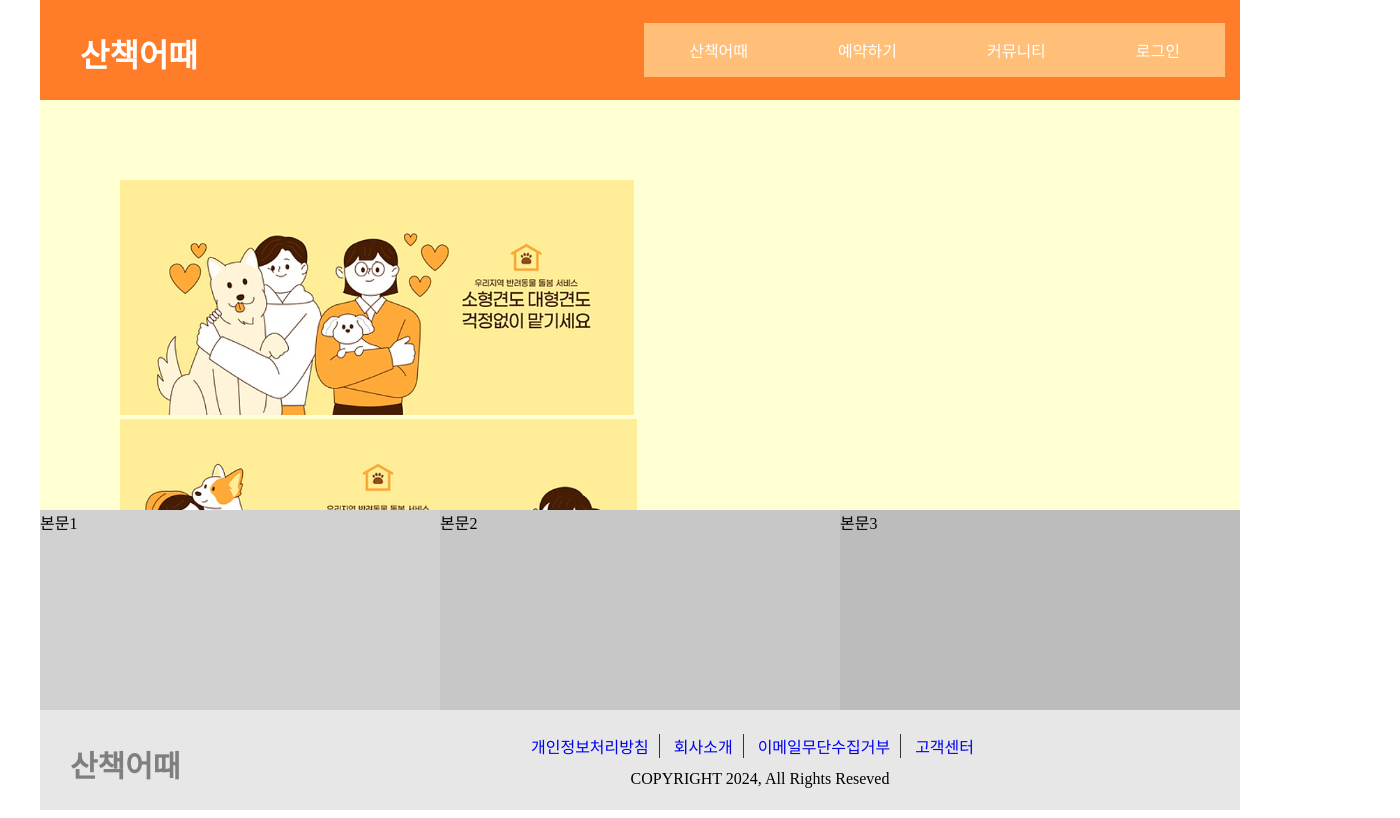
Repository: to-flatwhite1/portfolio
Page: http://localhost/JSP/
These files come from the project's save history. The page is drawn as it stood at one moment and after the next save; the edit follows.
The browser window is 1280 px wide. The page is 1280 px wide, then 1400 px, so the pictures cover 1400 px, including what lies to the right of the window. The pictures show the whole page.
The page is served by Tomcat 9. Other server files are loaded and not shown.

Above is the page before, as saved 2024-07-04 04:30:01.

### JSP/src/main/webapp/index.jsp
<%@ page language="java" contentType="text/html; charset=utf-8"
    pageEncoding="utf-8"%>
<!DOCTYPE html>
	<html>
	<head>
		<meta charset="utf-8">
		<title>산책어때</title>
		<link href="index.css" rel="stylesheet" type="text/css">
		<script src="jquery.min.js"></script>
		<script src="script.js"></script>
	</head>
	<body>
    <div id="wrap">
        <header id="header">
            <h1 class="logo">
                <a href="#">산책어때</a>
            </h1>
            <nav class="nav">
                <ul>
                    <li><a href="#">산책어때</a>
                        <ul class="submenu">
                            <li><a href="introduce.jsp">산책어때 소개</a></li>
                        </ul>
                    </li>
                    <li><a href="#">예약하기</a>
                        <ul class="submenu">
                            <li><a href="#">산책하고싶은 강아지</a></li>
                            <li><a href="#">산책을 시키고 싶은 지원자</a></li>
                        </ul>
                    </li>
                    <li><a href="#">커뮤니티</a>
                        <ul class="submenu">
                            <li><a href="#">리뷰</a></li>
                            <li><a href="#">자유게시판</a></li>
                        </ul>
                     </li>
                    <li><a href="#">로그인</a>
                        <ul class="submenu">
                        	<li><a href="login.jsp">로그인</a></li>
                            <li><a href="insert.jsp">회원가입</a></li>
                            <li><a href="mypage.jsp">마이페이지</a></li>
                        </ul>
                    </li>
                </ul>
            </nav>
        </header>
        <!-- header 끝 -->
		<div id="slide">
			<div class="slide_list">
				<ul>
					<li><a href="#"><img src="images/image1.png"></a></li>
					<li><a href="#"><img src="images/image2.png"></a></li>
				</ul>
			</div>
		</div>
        <div id="contents">
			<div class="content1">본문1</div>
			<div class="content2">본문2</div>
            <div class="content3">본문3</div>
        </div>
        <footer id="footer">
            <div class="footer1">
                <h4>산책어때</h4>
            </div>
            <div class="footer2">
                <div class="footer2-1">
                    <ul>
                        <li><a href="#">개인정보처리방침</a></li>
                        <li><a href="#">회사소개</a></li>
                        <li><a href="#">이메일무단수집거부</a></li>
                        <li><a href="#">고객센터</a></li>
                    </ul>
                </div>
                <div class="footer2-2">
                    COPYRIGHT 2024, All Rights Reseved
                </div>
            </div>
        </footer>
    </div>

	</body>

</html>

### JSP/src/main/webapp/index.css
@charset "utf-8";
* {
    margin: 0;
    padding: 0;

}
a {
    text-decoration: none;
}
ul {
	margin-right: 15px;}


li {
    list-style: none;
}

/* wrap */
#wrap {
    width: 1200px;
    margin: 0 auto;
    position: relative;
}

/* header */
#header {
    width: 100%;
    display: flex;
    background-color: #FF7D29;
}
#header .logo {
    width: 20%;
    height: 100px;
}
#header .logo a {
    display: inline-block;
    color: white;
    padding: 30px 40px;
}
.nav {
    width: 80%;
    height: 100px;
    position: relative;
    z-index: 1000;
}
#header .nav > ul {
    display: flex;
    justify-content: right;
    align-items: center;
    height: 100%;
}
#header .nav > ul > li {
    position: relative;
}
#header .nav > ul > li > a {
    color: #fff;
    padding: 15px 45px;
    background-color: #FFBF78;	/*메뉴색*/
    display: block;
}
#header .nav > ul > li > a:hover {
    background-color: #FFDCA9;;
}
#header .nav > ul > li > ul {
    position: absolute;
    left: 0;
    background-color: #fff;
    width: 100%;
    text-align: center;
    display: none;
}
#header .nav > ul > li > ul > li > a {
    padding: 10px 20px;
    display: block;
}
#header .nav > ul > li > ul > li > a:hover {
    background-color: #FFBF78	;
}
#slide{
	width: 100%;
	display: flex;
/*	margin:30px 5px 30px 5px;*/

}

#slide .slide_list{
	width: 100%;
	height: 250px;
	padding:80px;
	background-color: #FEFFD2;
}

#contents {
    width: 100%;
    display: flex;
}
#contents .content1 {
    width: 33.3333%;
    height: 200px;
    background-color: #d1d1d1;
}
#contents .content2 {
    width: 33.3333%;
    height: 200px;
    background-color: #c7c7c7;
}
#contents .content3 {
    width: 33.3333%;
    height: 200px;
    background-color: #bcbcbc;
}

#footer {
    width: 100%;
    display: flex;
    background-color: #e7e7e7;
}
#footer .footer1 {
    width: 20%;
    height: 100px;
}
#footer .footer1 h4 {
    font-size: 30px;
    color: #7f7f7f;
    padding: 32px 30px;
}
#footer .footer2 {
    width: 80%;
}
#footer .footer2 .footer2-1 {
    width: 100%;
    height: 50px;
    text-align: center;
}
#footer .footer2 .footer2-1 ul {
    padding-top: 24px;
}
#footer .footer2 .footer2-1 li {
    display: inline-block;
    border-right: 1px solid #333;
}
#footer .footer2 .footer2-1 li:last-child {
    border: 0;
}
#footer .footer2 .footer2-1 li a {
    padding: 10px;
}
#footer .footer2 .footer2-1 li a:hover {
    text-decoration: underline;
}
#footer .footer2 .footer2-2 {
    width: 100%;
    height: 50px;
    text-align: center;
    padding-top: 10px;
    box-sizing: border-box;
}

/* contents : banner */

### JSP/src/main/webapp/script.js
$(function(){


        // 메뉴 : 하나씩 나오기
        $(".nav > ul > li").mouseover(function(){
            $(this).find(".submenu").stop().slideDown(200);
        });
        $(".nav > ul > li").mouseout(function(){
            $(this).find(".submenu").stop().slideUp(200);
        });

       function slide(){
		   $(".slide_list ul").animate({top:-300},1000,function(){
			   $(".slide_list ul").append($(".slide_list ul li").first());
			   $(".slide_list ul").css({top:0});
		   });
	   }
	   setInterval(slide,3000);

    });

Loaded but not shown: JSP/src/main/webapp/jquery.min.js (library)

After the next save:
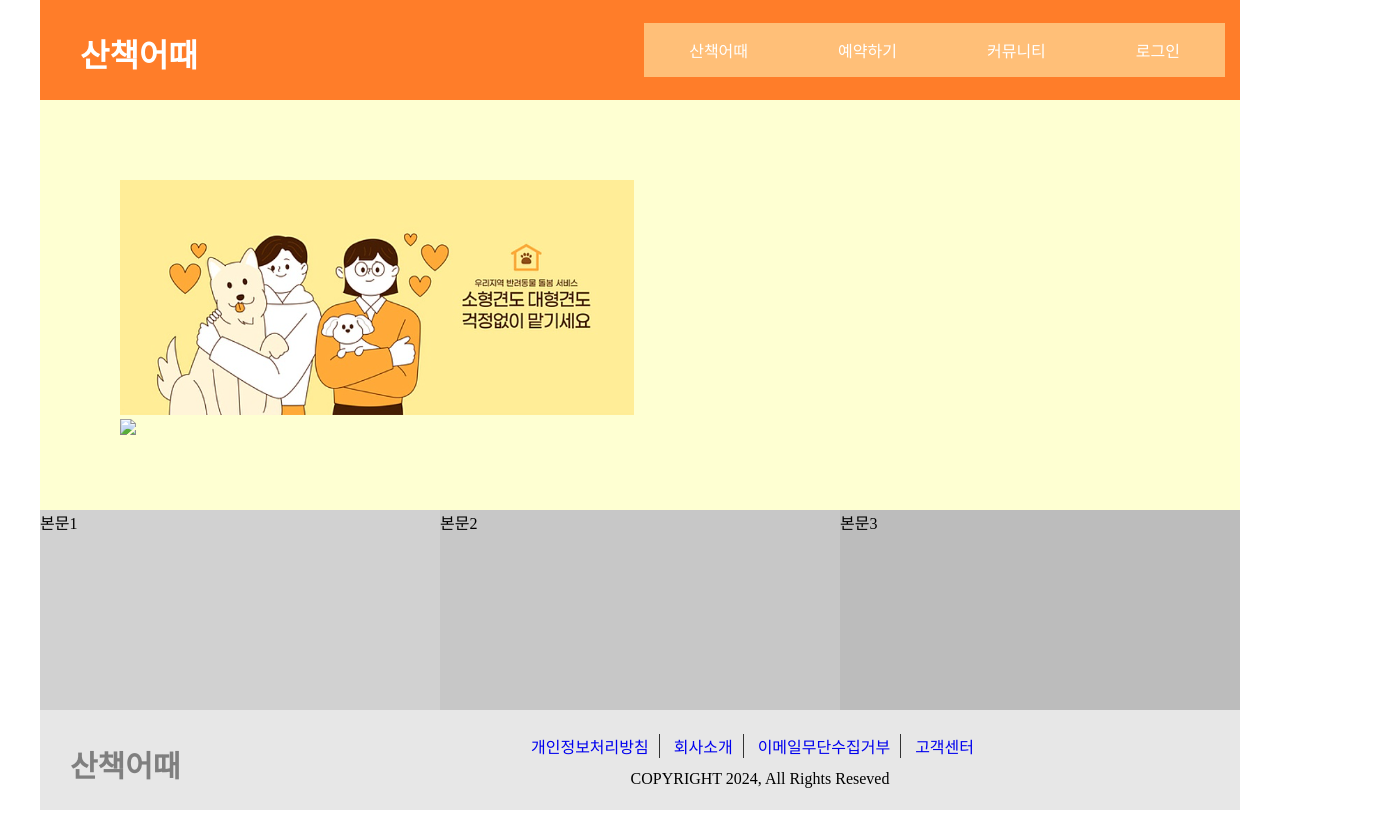
Not found: JSP/JSP/images/image.png
Saved 18 min 34 s later.
--- a/JSP/src/main/webapp/index.jsp
+++ b/JSP/src/main/webapp/index.jsp
@@ -48,7 +48,7 @@
 		<div id="slide">
 			<div class="slide_list">
 				<ul>
-					<li><a href="#"><img src="images/image1.png"></a></li>
+					<li><a href="#"><img src="images/image.png"></a></li>
 					<li><a href="#"><img src="images/image2.png"></a></li>
 				</ul>
 			</div>

After the save that followed:
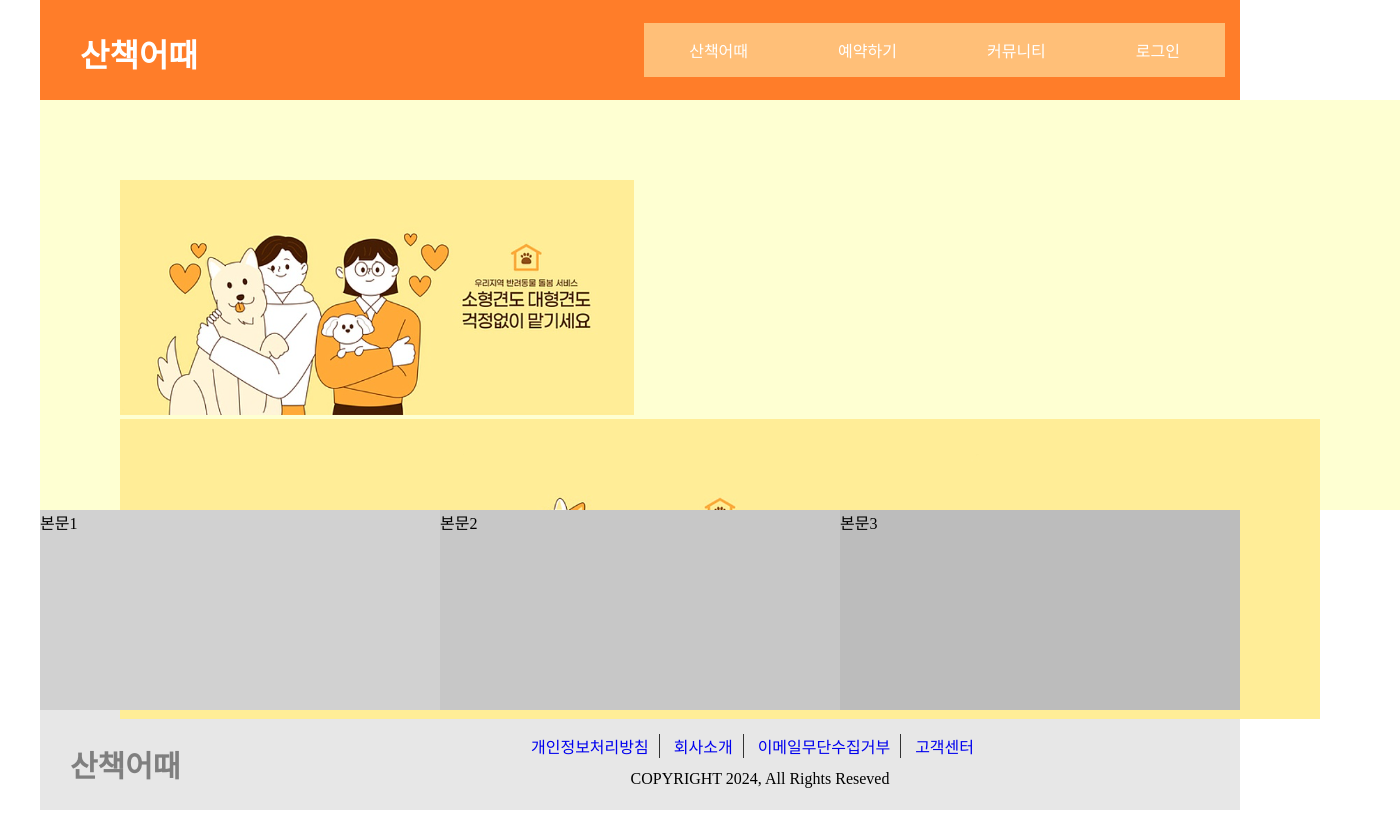
Saved 3 min 6 s later.
--- a/JSP/src/main/webapp/index.jsp
+++ b/JSP/src/main/webapp/index.jsp
@@ -48,7 +48,7 @@
 		<div id="slide">
 			<div class="slide_list">
 				<ul>
-					<li><a href="#"><img src="images/image.png"></a></li>
+					<li><a href="#"><img src="images/main.png"></a></li>
 					<li><a href="#"><img src="images/image2.png"></a></li>
 				</ul>
 			</div>
